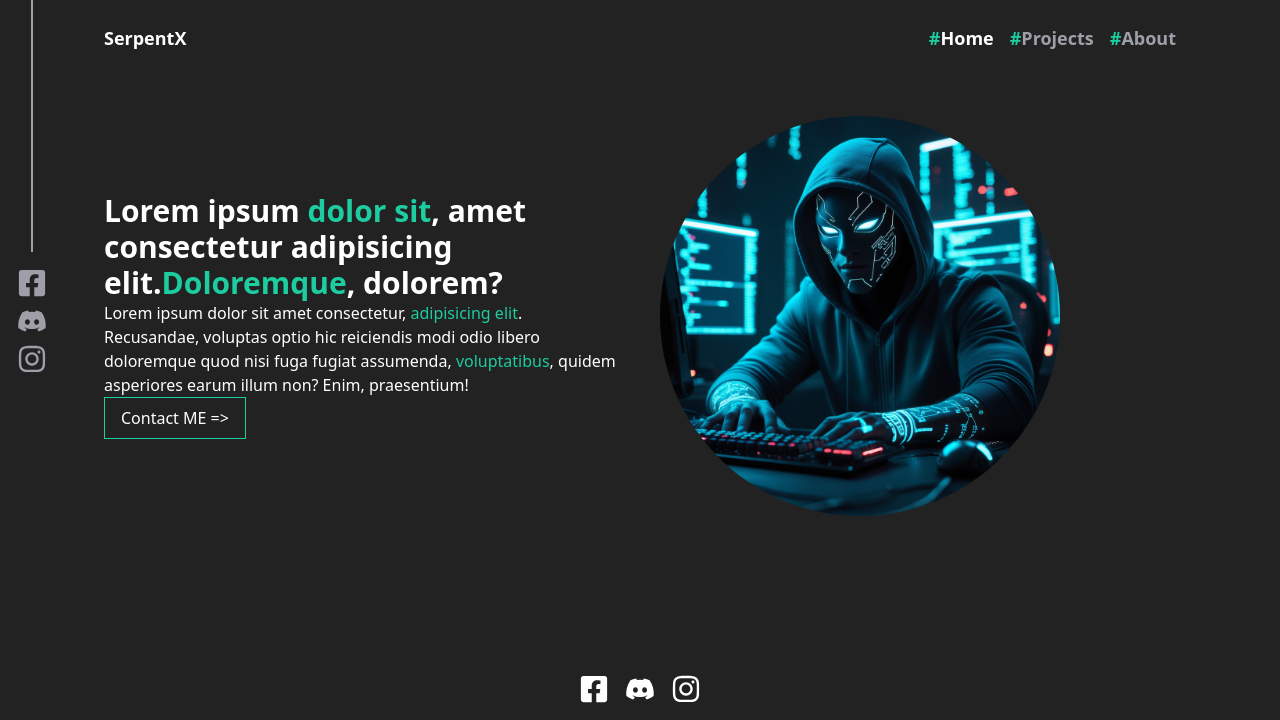
Repository: SERPENTX03/Portfolio-Tutorial
Page: /
These files come from the project's save history. The page is drawn as it stood at one moment and after the next save; the edit follows.
The browser window is 1280 px wide. The pictures show the whole page.
The project was rebuilt for these pictures with package versions that can differ from the ones it lists, and the page was loaded fresh each time. The framework's server and built-in components were replaced by stand-ins that run in the browser. Also part of the build but not shown: next.config.ts.

Above is the page before, as saved 2025-04-19 20:50:20.

### app/layout.tsx
import type { Metadata } from "next";
import { Geist, Geist_Mono } from "next/font/google";
import "./globals.css";
import SideContact from "@/components/SideContact";
import Navbar from "@/components/nav/Navbar";

const geistSans = Geist({
  variable: "--font-geist-sans",
  subsets: ["latin"],
});

const geistMono = Geist_Mono({
  variable: "--font-geist-mono",
  subsets: ["latin"],
});

export const metadata: Metadata = {
  title: "Create Next App",
  description: "Generated by create next app",
};

export default function RootLayout({
  children,
}: Readonly<{
  children: React.ReactNode;
}>) {
  return (
    <html lang="en">
      <body
        className={`${geistSans.variable} ${geistMono.variable} antialiased`}
      >
        <SideContact />
        <main className="max-w-[1200px] mx-auto px-16 ">
          <Navbar />
          {children}
        </main>
      </body>
    </html>
  );
}

### app/page.tsx
import Hero from "@/components/Hero";

const Home = () => {
  return (
    <div>
      <Hero />
    </div>
  );
};
export default Home;

### app/globals.css
@import "tailwindcss";

@theme {
  --color-primary: #1dcd9f;
  --color-background: #222222;
  --color-text: #9f9fa9;
}

body {
  background-color: var(--color-background);
  color: white;
}

### components/SideContact.tsx
import Link from "next/link";
import { FaFacebookSquare } from "react-icons/fa";
import { FaDiscord } from "react-icons/fa";
import { FaInstagram } from "react-icons/fa";

const SideContact = () => {
  return (
    <div className="fixed top-0 left-0 w-16 lg:flex flex-col hidden ">
      {/* Line */}
      <div className="h-[35vh] relative">
        <div className="h-full border border-text absolute top-0 left-1/2 -translate-x-1/2"></div>
      </div>
      {/* Socials */}
      <div className="text-text mt-4 flex flex-col gap-2 items-center">
        <Link target="_blank" href="https://www.facebook.com/serpentx.dev">
          <FaFacebookSquare size={30} />
        </Link>
        <Link target="_blank" href="https://discord.gg/serpentx">
          <FaDiscord size={30} />
        </Link>
        <Link target="_blank" href="https://www.instagram.com/serpentx.dev">
          <FaInstagram size={30} />
        </Link>
      </div>
    </div>
  );
};
export default SideContact;

### components/nav/Navbar.tsx
import MenuHamburger from "./MenuHamburger";
import Navlink from "./Navlink";

const Navbar = () => {
  return (
    <div className="flex justify-between items-center py-6">
      <h1 className="text-lg font-semibold ">SerpentX</h1>
      <Navlink />
      <MenuHamburger />
    </div>
  );
};
export default Navbar;

### components/Hero.tsx
import Image from "next/image";

const Hero = () => {
  return (
    <section className="mt-10">
      <div className="flex flex-col sm:flex-row justify-between gap-10 items-center">
        <div className="w-full sm:w-1/2">
          <h2 className="text-3xl font-bold">
            Lorem ipsum <span className="text-primary">dolor sit</span>, amet
            consectetur adipisicing elit.
            <span className="text-primary">Doloremque</span>, dolorem?
          </h2>
          <p>
            Lorem ipsum dolor sit amet consectetur,{" "}
            <span className="text-primary">adipisicing elit</span>. Recusandae,
            voluptas optio hic reiciendis modi odio libero doloremque quod nisi
            fuga fugiat assumenda,{" "}
            <span className="text-primary">voluptatibus</span>, quidem
            asperiores earum illum non? Enim, praesentium!
          </p>
          <button className="border border-primary px-4 py-2">
            Contact ME ={">"}
          </button>
        </div>
        <div className="w-full sm:w-1/2">
          <Image
            className="object-cover rounded-full"
            src="/images/hero.jpg"
            alt="hero"
            width={400}
            height={400}
          />
        </div>
      </div>
    </section>
  );
};
export default Hero;

### components/nav/MenuHamburger.tsx
"use client";
import { RiMenuFoldLine } from "react-icons/ri";
import { links } from "@/data/NavLink";
import { useEffect, useState } from "react";
import { IoClose } from "react-icons/io5";
import Link from "next/link";
import { usePathname } from "next/navigation";
import { motion, AnimatePresence } from "framer-motion";
import { FaDiscord, FaFacebookSquare, FaInstagram } from "react-icons/fa";

const MenuHamburger = () => {
  const [isOpen, setIsOpen] = useState(false);
  const pathname = usePathname();

  const handleOpen = () => {
    setIsOpen(!isOpen);
  };

  useEffect(() => {
    setIsOpen(false); // ปิดเมนูเมื่อ path เปลี่ยน
  }, [pathname]);
  return (
    <>
      <AnimatePresence mode="wait">
        {isOpen ? (
          <motion.div
            key="close"
            initial={{ rotate: -90, opacity: 0 }}
            animate={{ rotate: 0, opacity: 1 }}
            exit={{ rotate: 90, opacity: 0 }}
            transition={{ duration: 0.2 }}
            className="cursor-pointer block md:hidden z-50"
            onClick={handleOpen}
          >
            <IoClose size={30} />
          </motion.div>
        ) : (
          <motion.div
            key="menu"
            initial={{ rotate: 90, opacity: 0 }}
            animate={{ rotate: 0, opacity: 1 }}
            exit={{ rotate: -90, opacity: 0 }}
            transition={{ duration: 0.3 }}
            className="cursor-pointer block md:hidden z-10"
            onClick={handleOpen}
          >
            <RiMenuFoldLine size={30} />
          </motion.div>
        )}
      </AnimatePresence>
      {isOpen && (
        <ul className="fixed top-0 left-0 w-full h-screen bg-background ">
          <h1 className="text-2xl font-bold m-3">SerpentX</h1>
          {links.map((nav, index) => (
            <li
              key={index}
              className={`text-2xl m-3 font-semibold text-text ${
                pathname === nav.href ? "text-white" : "text-text"
              }`}
            >
              <Link href={nav.href}>
                <span className="text-primary">#</span>
                {nav.label}
              </Link>
            </li>
          ))}
        </ul>
      )}
      <div className="fixed bottom-4 left-1/2 -translate-x-1/2 flex gap-4">
        <Link target="_blank" href="https://www.facebook.com/serpentx.dev">
          <FaFacebookSquare size={30} />
        </Link>
        <Link target="_blank" href="https://discord.gg/serpentx">
          <FaDiscord size={30} />
        </Link>
        <Link target="_blank" href="https://www.instagram.com/serpentx.dev">
          <FaInstagram size={30} />
        </Link>
      </div>
    </>
  );
};
export default MenuHamburger;

### components/nav/Navlink.tsx
"use client";
import { links } from "@/data/NavLink";
import Link from "next/link";
import { usePathname } from "next/navigation";

const Navlink = () => {
  const pathname = usePathname();
  return (
    <ul className="md:flex gap-4 hidden ">
      {links.map((nav, index) => (
        <li
          key={index}
          className={`text-lg font-semibold text-text ${
            pathname === nav.href ? "text-white" : "text-text"
          }`}
        >
          <Link href={nav.href}>
            <span className="text-primary">#</span>
            {nav.label}
          </Link>
        </li>
      ))}
    </ul>
  );
};
export default Navlink;

### data/NavLink.ts
export const links = [
  {
    label: "Home",
    href: "/",
  },
  {
    label: "Projects",
    href: "/projects",
  },
  {
    label: "About",
    href: "/about",
  },
];

After the next save:
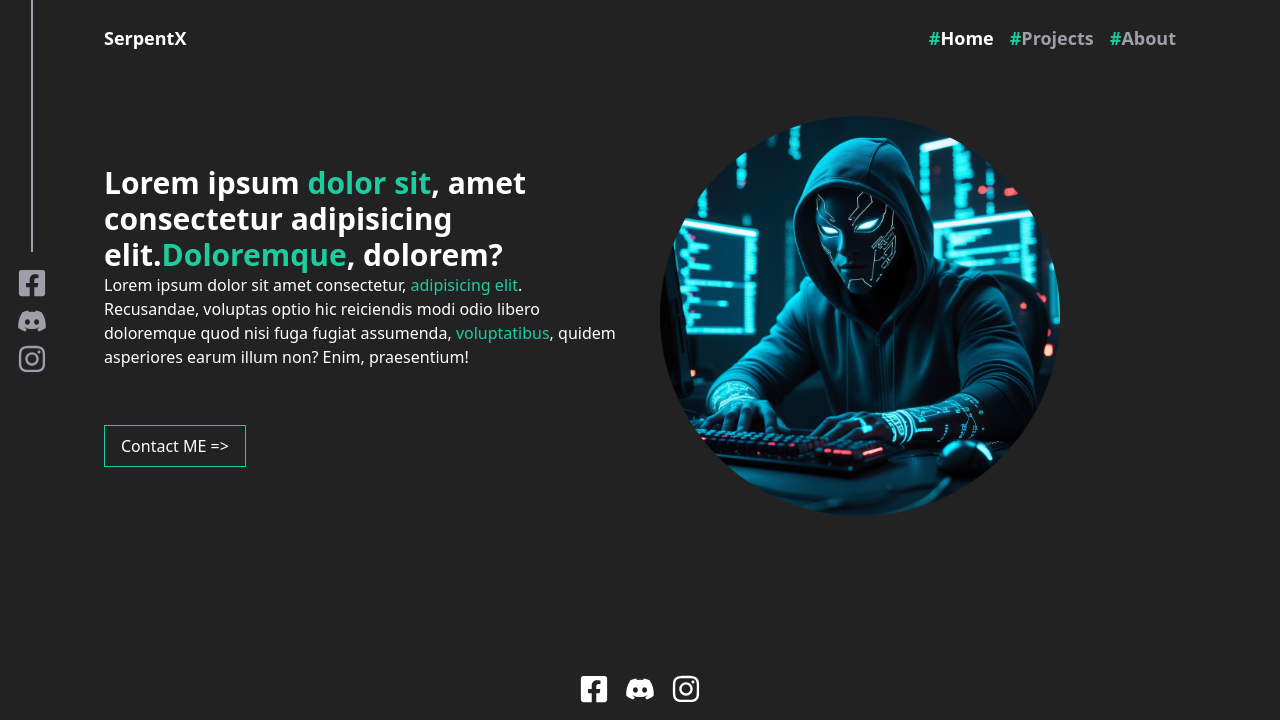
Saved 7 s later.
--- a/components/Hero.tsx
+++ b/components/Hero.tsx
@@ -18,7 +18,7 @@ const Hero = () => {
             <span className="text-primary">voluptatibus</span>, quidem
             asperiores earum illum non? Enim, praesentium!
           </p>
-          <button className="border border-primary px-4 py-2">
+          <button className="border border-primary px-4 py-2 mt-14">
             Contact ME ={">"}
           </button>
         </div>
